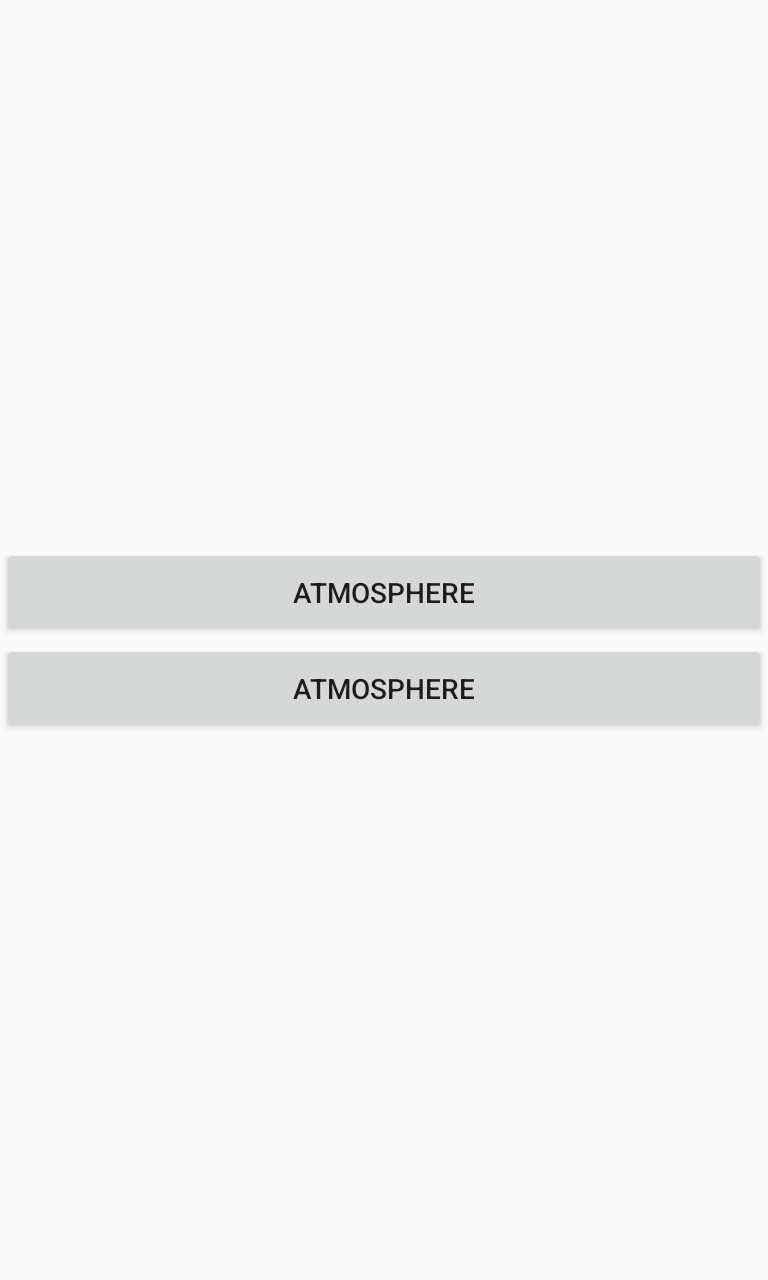
Repository: tae-jun/android
Layout: h1024_MulitipleActivities/res/layout/activity_list.xml
The author's editor kept a copy of each file at every save. The layout is drawn from the files as they stood at one save, then again after the next save.
It is drawn on a 768 x 1280 px phone screen (xhdpi) without system bars, with theme AppTheme; the app's code is not run.

Above is the layout before, as saved 2014-10-23 14:48:42.

After the next save:
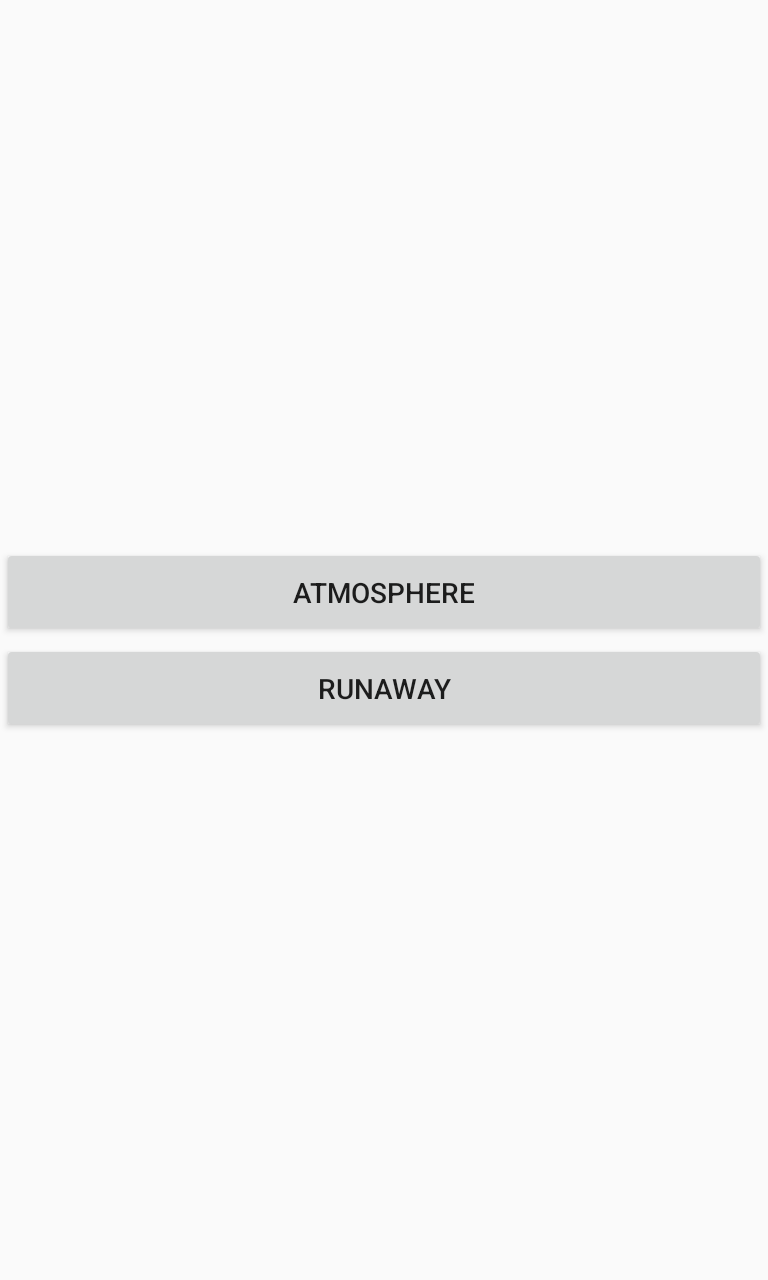
Saved 5 s later.
--- a/h1024_MulitipleActivities/res/layout/activity_list.xml
+++ b/h1024_MulitipleActivities/res/layout/activity_list.xml
@@ -14,6 +14,6 @@
         android:id="@+id/btnGalantis"
         android:layout_width="match_parent"
         android:layout_height="wrap_content"
-        android:text="Atmosphere" />
+        android:text="Runaway" />
 
 </LinearLayout>
